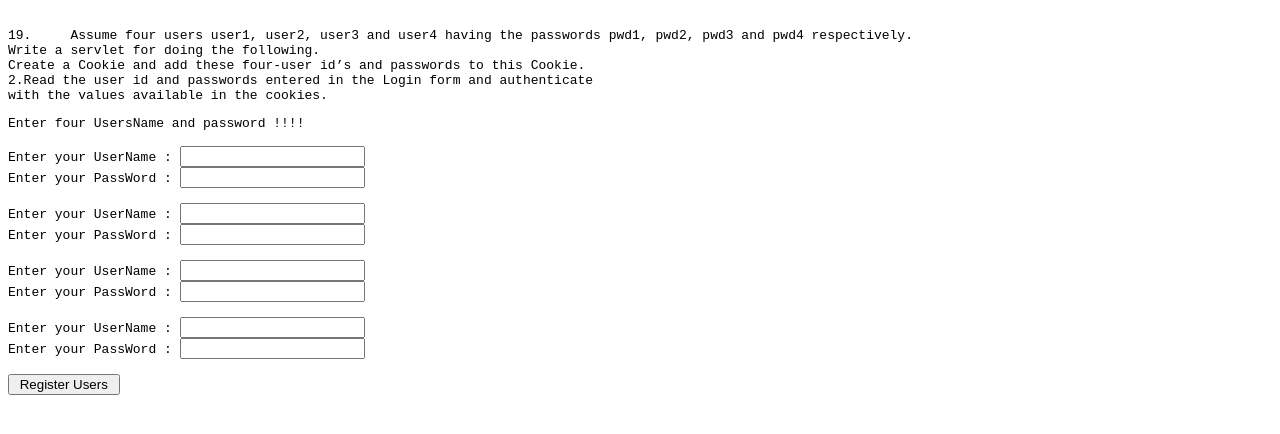
Repository: VIVEKANAND-SINHA/AdvanceJavaTraining
Page: ProjectFileAdvanceJava/src/main/webapp/Question19.html
An editor plug-in stored every save of this project. The page is shown before and after the next save, followed by the edit.
The browser window is 1280 px wide. The pictures show the whole page.

Above is the page before, as saved 2023-01-26 18:26:45.

After the next save:
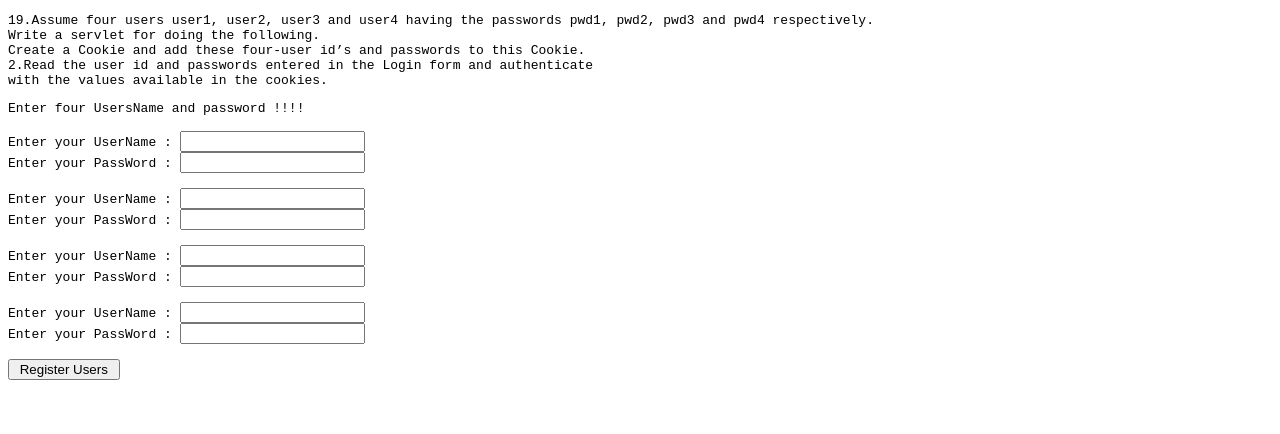
Saved 26 s later.
--- a/ProjectFileAdvanceJava/src/main/webapp/Question19.html
+++ b/ProjectFileAdvanceJava/src/main/webapp/Question19.html
@@ -6,8 +6,7 @@
 </head>
 <body>
 <pre>
-
-19.	Assume four users user1, user2, user3 and user4 having the passwords pwd1, pwd2, pwd3 and pwd4 respectively.
+19.Assume four users user1, user2, user3 and user4 having the passwords pwd1, pwd2, pwd3 and pwd4 respectively.
 Write a servlet for doing the following.
 Create a Cookie and add these four-user id’s and passwords to this Cookie.
 2.Read the user id and passwords entered in the Login form and authenticate
